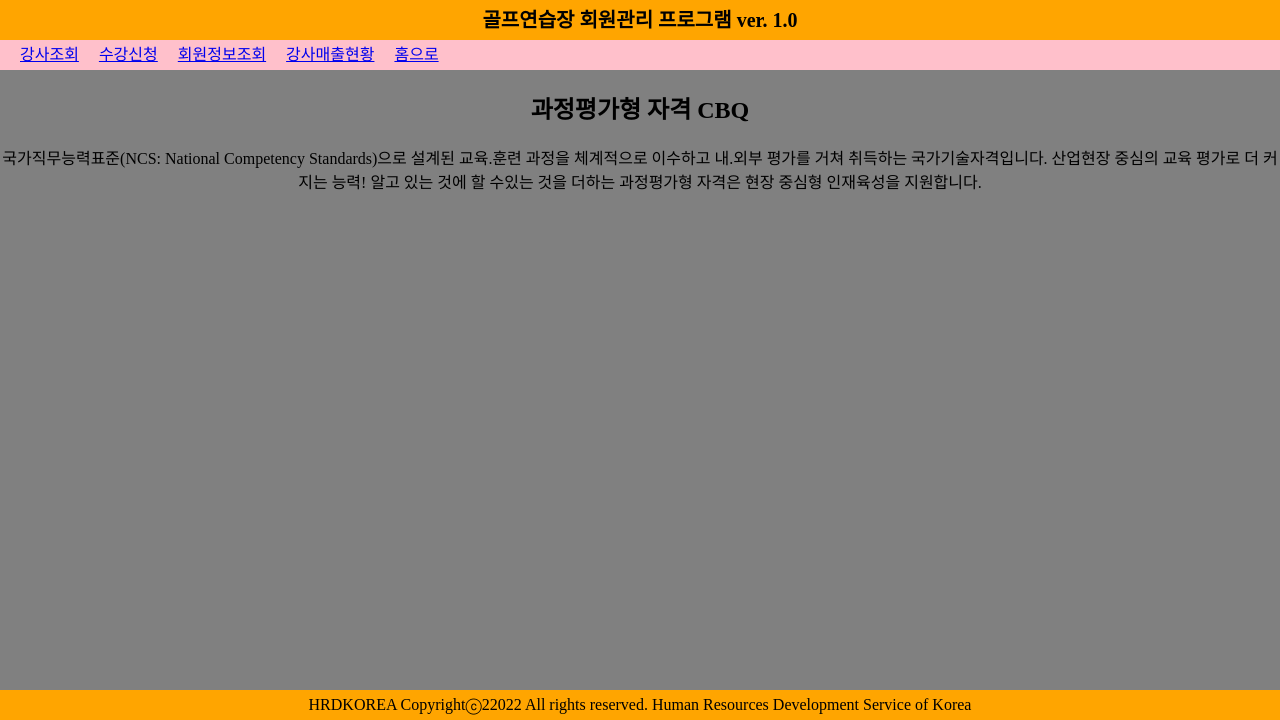
Repository: leesuyeon116/HRD_3
Page: http://localhost/HRD_0505/
The author's editor kept a copy of each file at every save. The page is drawn from the files as they stood at one save, then again after the next save.
The browser window is 1280 px wide. The pictures show the whole page.
The page is served by Tomcat 9.

Above is the page before, as saved 2024-05-05 08:34:23.

After the next save:
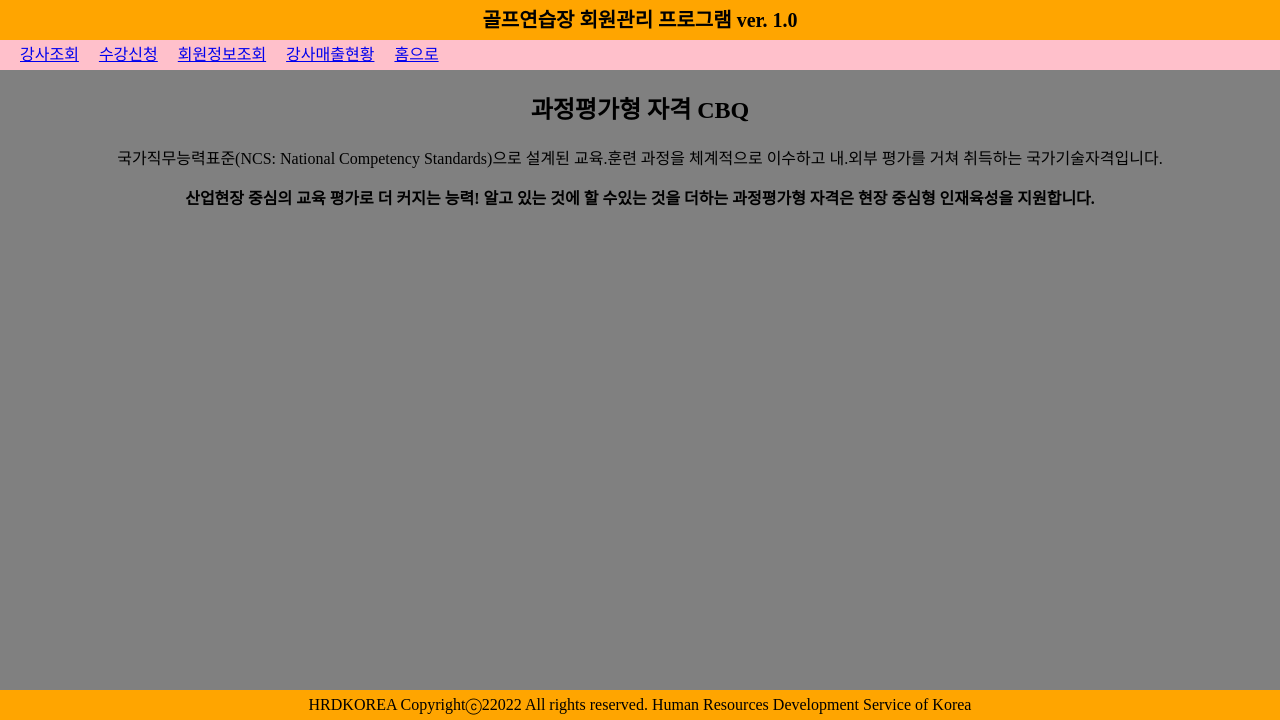
Saved 31 s later.
--- a/workspace/HRD_0505/src/main/webapp/index.jsp
+++ b/workspace/HRD_0505/src/main/webapp/index.jsp
@@ -11,10 +11,14 @@
 <section style="position: fixed; top: 70px; left: 0px; width: 100%; height: 100%; background-color: gray; text-align: center">
 <h2>과정평가형 자격 CBQ</h2>
 국가직무능력표준(NCS: National Competency Standards)으로 설계된 교육.훈련 과정을 체계적으로 이수하고 내.외부 평가를 거쳐 취득하는 국가기술자격입니다.
+<p>
+<b>
 산업현장 중심의 교육 평가로 더 커지는 능력!
 알고 있는 것에 할 수있는 것을 더하는
 과정평가형 자격은
 현장 중심형 인재육성을 지원합니다.
+</b>
+<p>
 </section>
 
 <jsp:include page="footer.jsp"></jsp:include>
